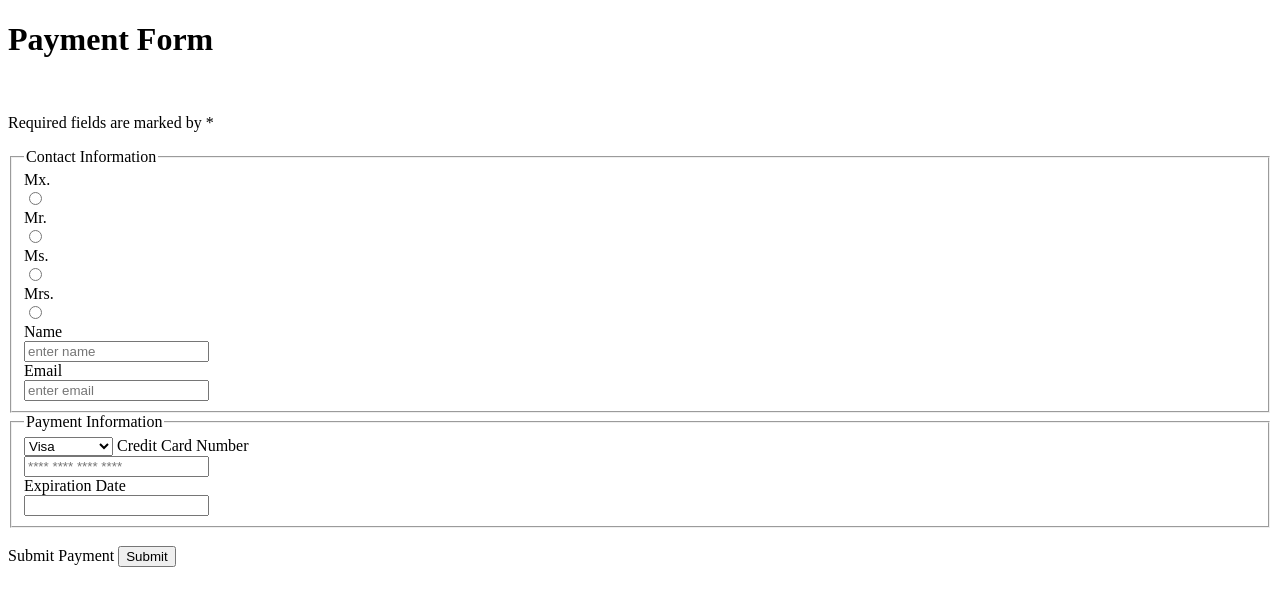
Repository: 10-2-pursuit/lab-intro-to-forms
Page: index.html
These files come from the project's save history. The page is drawn as it stood at one moment and after a run of saves; the edit follows.
The browser window is 1280 px wide. The pictures show the whole page.

Above is the page before, as saved 2023-06-13 21:58:46.

### index.html
<!DOCTYPE html>
<html lang="en">
<head>
    <meta charset="UTF-8">
    <meta name="viewport" content="width=device-width, initial-scale=1.0">
    <title>Payment Form</title>
</head>
<body>
    <h1>Payment Form</h1>
    <br>
    <p>Required fields are marked by *</p>
    <form action="#" method="post">
        <fieldset>
            <legend>Contact Information</legend>
           <label for="Mx.">Mx.</label>
           <br>
           <input type="radio" name="prefix" id="prefixMx." >
           <br>
           <label for="Mr.">Mr.</label>
           <br>
           <input type="radio" name="prefix" id="prefixMr.">
           <br>
           <label for="Ms.">Ms.</label>
           <br>
           <input type="radio" name="prefix" id="prefixMs." >
           <br>
           <label for="Mrs.">Mrs.</label>
            <br>
            <input type="radio" name="prefix" id="prefixMrs.">
            <br>
           <label for="name">Name</label>
           <br>
           <input type="text" name="name" id="Name" placeholder="enter name" required>
           <br>
           <label for="email">Email</label>
           <br>
           <input type="email" name="email" id="Email" placeholder="enter email" required>
           </fieldset>
           <fieldset>
            <legend>Payment Information</legend>
        <select id="coder-confidence" name="coder-confidence">
            <option value="1">Visa</option>
            <option value="2">Mastercard</option>
            <option value="3">Amex</option>
        </select>
            <label for="credit-card-number">Credit Card Number</label>
            <br>
            <input type="tel"  id="number" placeholder="**** **** **** ****" required>
            <br>
            <label for="expiration-date">Expiration Date</label>
            <br>
            <input type="text" id="expiration-date">
        </fieldset>
            <br>
            <label for="Submit-Payment">Submit Payment</label>
        <input type="submit">


    </form>


</body>
</html>

After the next 2 saves:
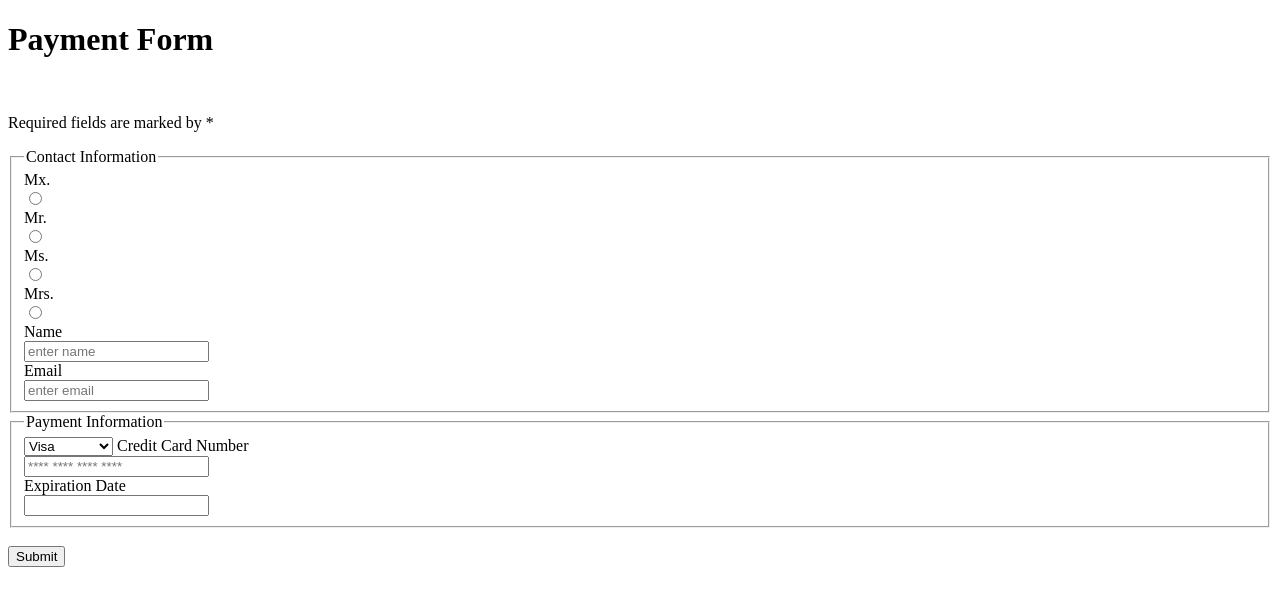
The 2 saves are shown as one change because they came seconds apart.
The last was saved 6 s later.
--- a/index.html
+++ b/index.html
@@ -52,7 +52,7 @@
             <input type="text" id="expiration-date">
         </fieldset>
             <br>
-            <label for="Submit-Payment">Submit Payment</label>
+
         <input type="submit">
 
 
